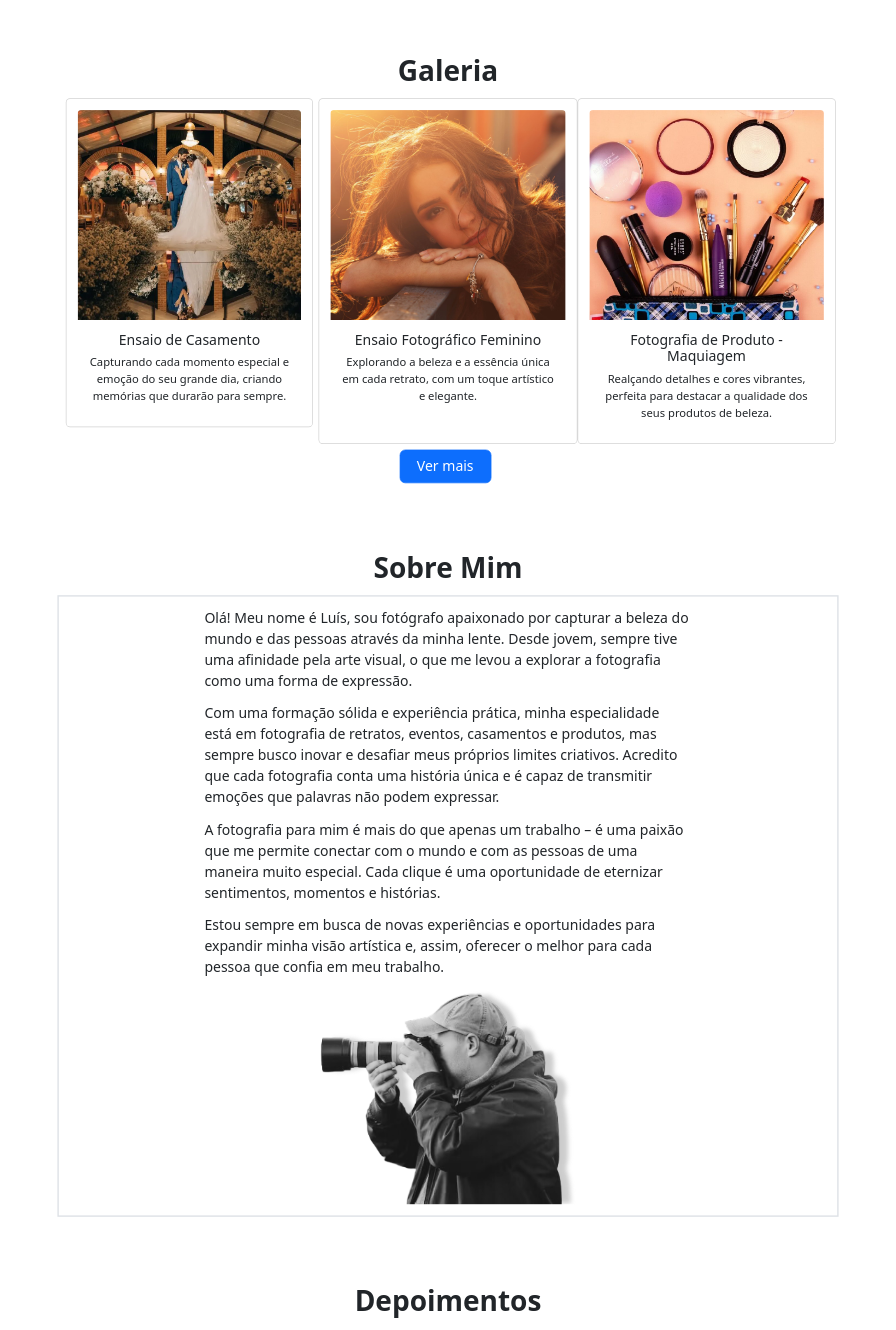
Repository: Marinalr-25/portifolio-fotografia
Page: index.html
The author's editor kept a copy of each file at every save. The page is drawn from the files as they stood at one save, then again after the next save.
The browser window is 1280 px wide. The pictures show the part of the page from y = 556 to 2456 px (the page is 2793 px tall before and 3249 px after), at 70% of full size.
A picture or video elsewhere on the page could not be fetched, so the positions and the page height are approximate.

Above is the page before, as saved 2025-01-19 21:42:23.

After the next save:
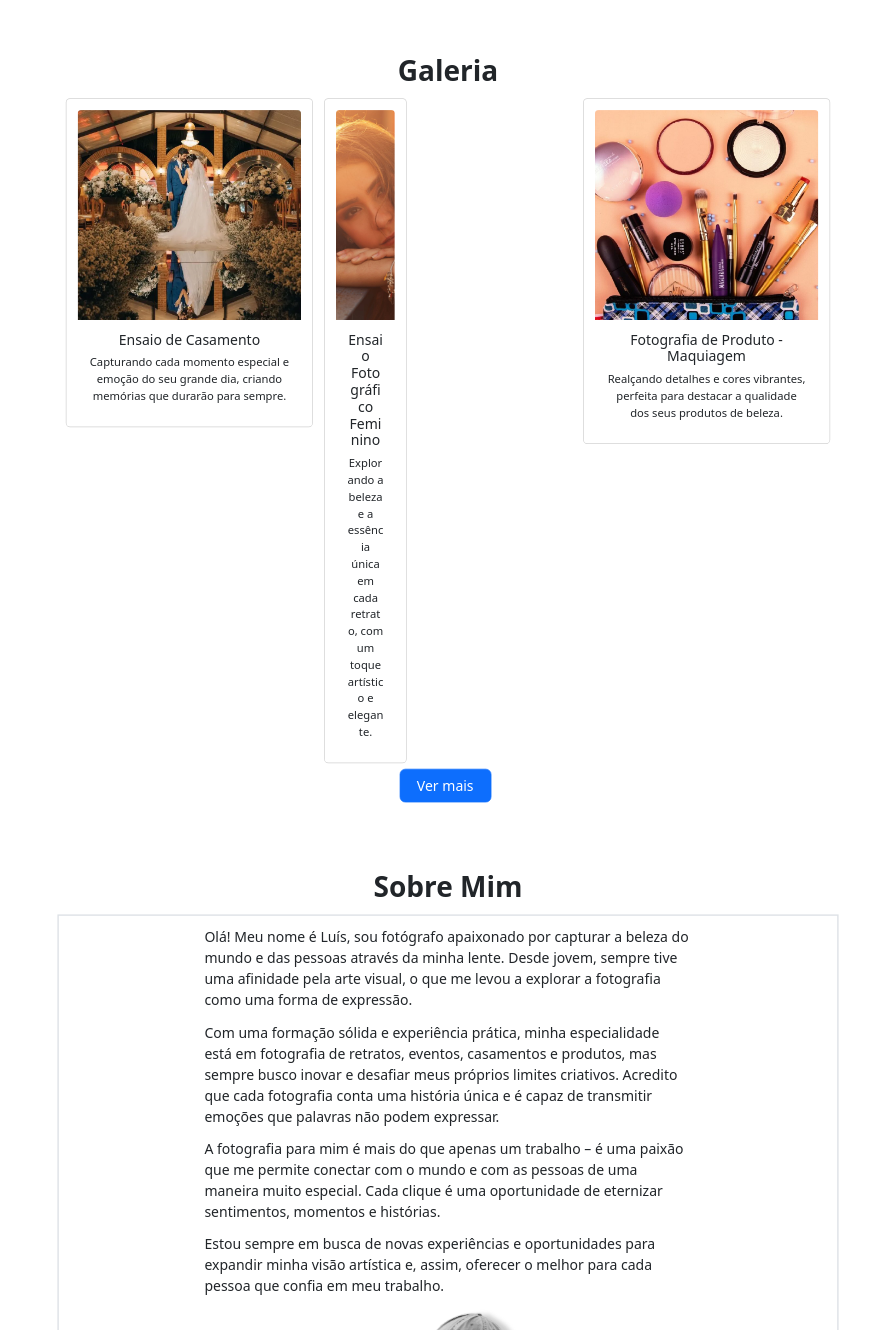
Saved 73 s later.
--- a/index.html
+++ b/index.html
@@ -124,32 +124,36 @@
             </div>
           </div>
         </div>
-        <div class="card p-3 col-lg-4 col-12 mb-2">
-          <img
-            src="src/ensaiofotografico.jpeg"
-            class="card-img-top"
-            alt="ensaio fotografico de uma mulher"
-          />
-          <div class="card-body">
-            <h5 class="card-title">Ensaio Fotográfico Feminino</h5>
-            <p class="card-text">
-              Explorando a beleza e a essência única em cada retrato, com um
-              toque artístico e elegante.
-            </p>
-          </div>
-        </div>
-        <div class="card p-3 col-lg-4 col-12 mb-2">
-          <img
-            src="src/maquiagem.jpg"
-            class="card-img-top"
-            alt="ensaio fotografico de produto (maquiagem)"
-          />
-          <div class="card-body">
-            <h5 class="card-title">Fotografia de Produto - Maquiagem</h5>
-            <p class="card-text">
-              Realçando detalhes e cores vibrantes, perfeita para destacar a
-              qualidade dos seus produtos de beleza.
-            </p>
+        <div class="col-lg-4 col-12">
+          <div class="card p-3 col-lg-4 col-12 mb-2">
+            <img
+              src="src/ensaiofotografico.jpeg"
+              class="card-img-top"
+              alt="ensaio fotografico de uma mulher"
+            />
+            <div class="card-body">
+              <h5 class="card-title">Ensaio Fotográfico Feminino</h5>
+              <p class="card-text">
+                Explorando a beleza e a essência única em cada retrato, com um
+                toque artístico e elegante.
+              </p>
+            </div>
+          </div>
+        </div>
+        <div class="col-lg-4 col-12">
+          <div class="card p-3 mb-2">
+            <img
+              src="src/maquiagem.jpg"
+              class="card-img-top"
+              alt="ensaio fotografico de produto (maquiagem)"
+            />
+            <div class="card-body">
+              <h5 class="card-title">Fotografia de Produto - Maquiagem</h5>
+              <p class="card-text">
+                Realçando detalhes e cores vibrantes, perfeita para destacar a
+                qualidade dos seus produtos de beleza.
+              </p>
+            </div>
           </div>
         </div>
       </div>
